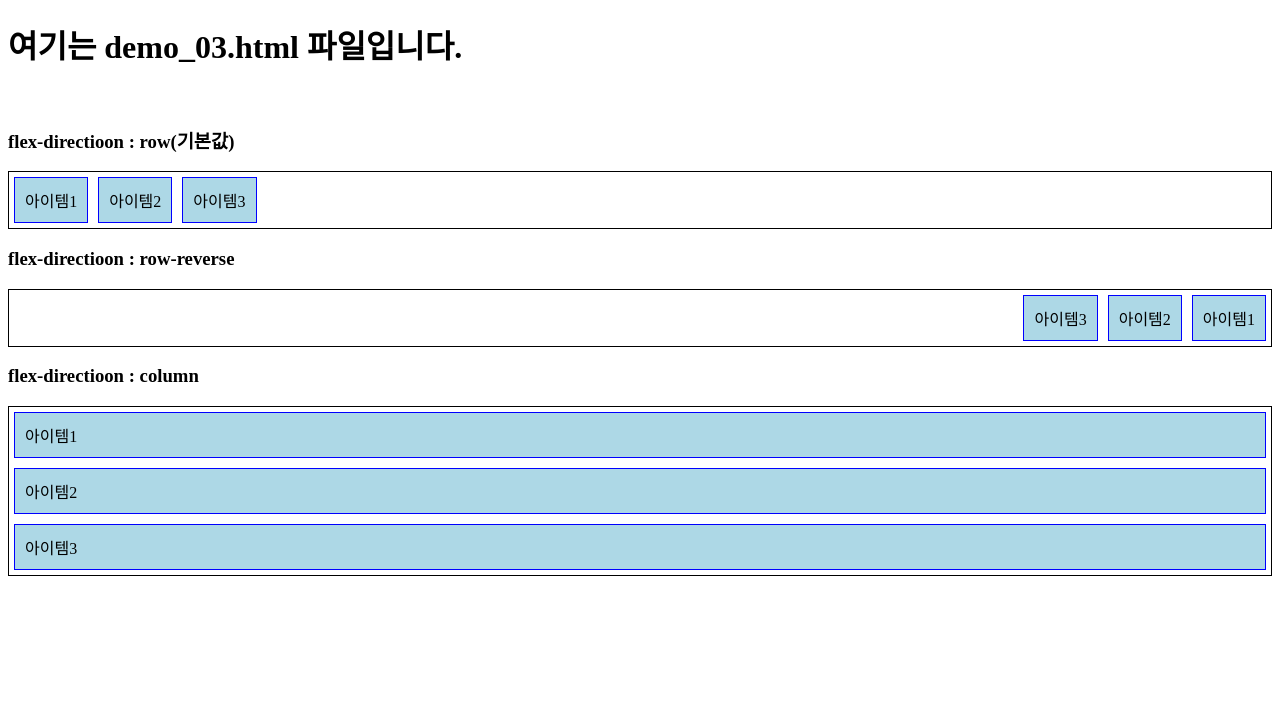
Repository: kimmingyeong225/totalJSP
Page: class_flexbox_011/src/main/webapp/demo_03.html
The author's editor kept a copy of each file at every save. The page is drawn from the files as they stood at one save, then again after the next save.
The browser window is 1280 px wide. The pictures show the whole page.

Above is the page before, as saved 2024-07-01 01:05:43.

### class_flexbox_011/src/main/webapp/demo_03.html
<!DOCTYPE html>
<html>
<head>
<meta charset="UTF-8">
<title>인라인블록 요소 예시</title>
<style type="text/css">

	.container {
		display: flex;
		border: 1px solid black;
		flex-direction: row;
	}

	.item {
		background-color:  lightblue;
		padding: 10px;
		margin: 5px;
		border: 1px solid blue;

	}

</style>
</head>
<body>
 	<!--  http://localhost:8080/demo1/demo_03.html  -->
    <h1>여기는 demo_03.html 파일입니다.</h1>
    <br>

    <h3>flex-directioon : row(기본값)</h3>
    <div class="container">
    	<div class="item">아이템1</div>
    	<div class="item">아이템2</div>
    	<div class="item">아이템3</div>
    </div>

     <h3>flex-directioon : row-reverse</h3>
    <div class="container" style="flex-direction: row-reverse;">
    	<div class="item">아이템1</div>
    	<div class="item">아이템2</div>
    	<div class="item">아이템3</div>
    </div>

     <h3>flex-directioon : column</h3>
    <div class="container" style="flex-direction:column;">
    	<div class="item">아이템1</div>
    	<div class="item">아이템2</div>
    	<div class="item">아이템3</div>
    </div>

</body>
</html>

After the next save:
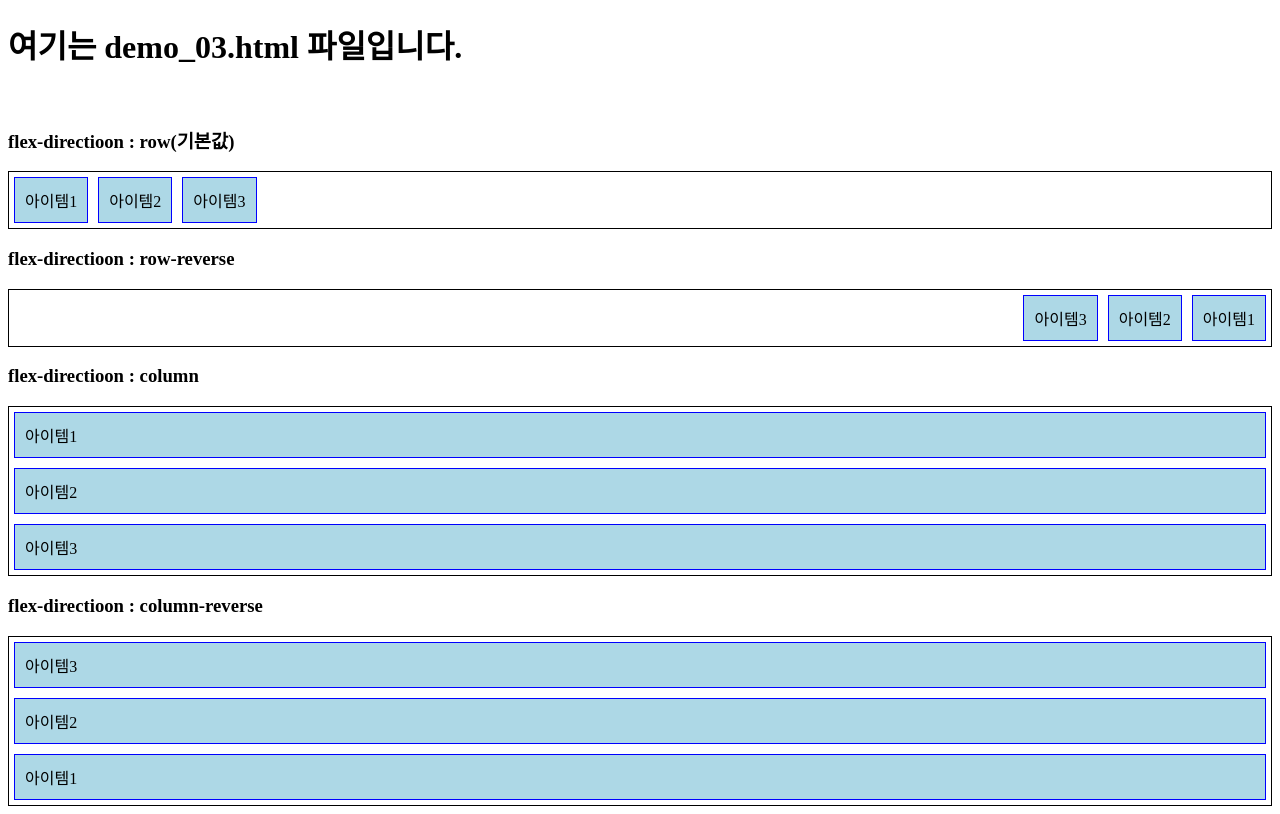
Saved 91 s later.
--- a/class_flexbox_011/src/main/webapp/demo_03.html
+++ b/class_flexbox_011/src/main/webapp/demo_03.html
@@ -47,5 +47,13 @@
     	<div class="item">아이템3</div>
     </div>
 
+     <h3>flex-directioon : column-reverse</h3>
+    <div class="container" style="flex-direction:column-reverse;">
+    	<div class="item">아이템1</div>
+    	<div class="item">아이템2</div>
+    	<div class="item">아이템3</div>
+    </div>
+
+
 </body>
 </html>
